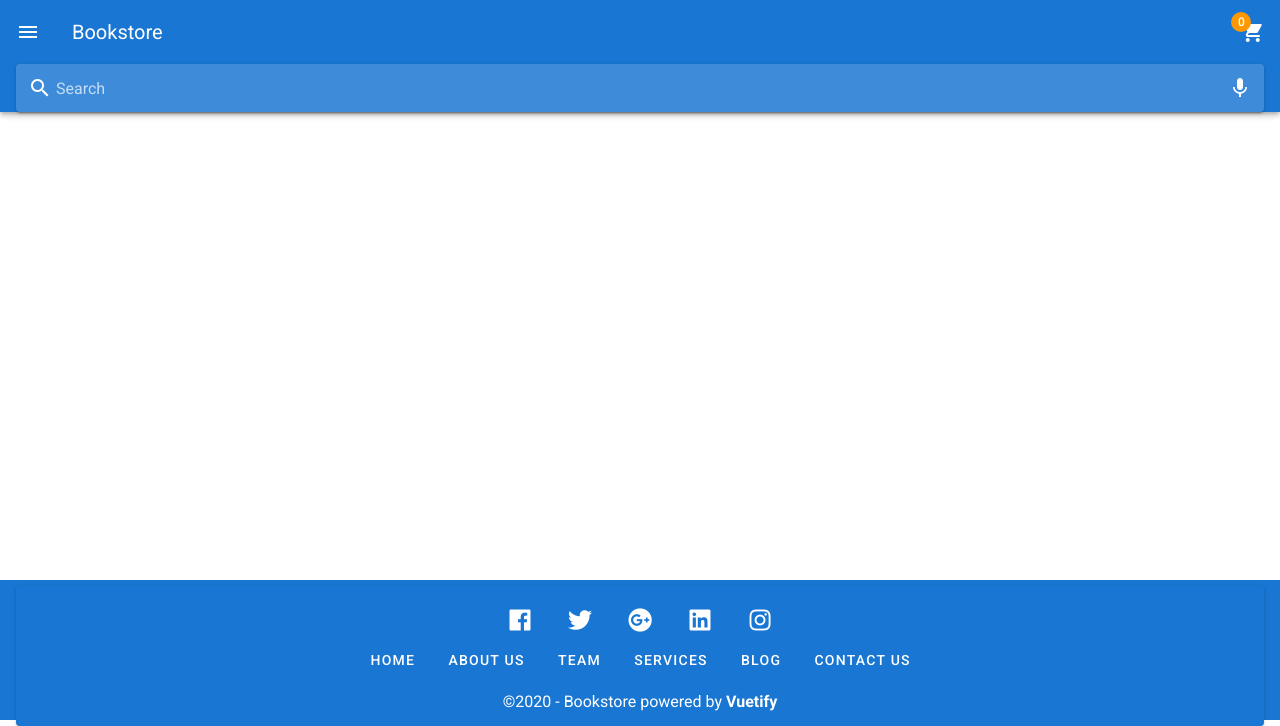
Repository: koswara0790asep/bookstore-vue
Page: /checkout
These files come from the project's save history. The page is drawn as it stood at one moment and after a run of saves; the edit follows.
The browser window is 1280 px wide. The pictures show the whole page.
Some web libraries are served in a nearby version. The project was rebuilt for these pictures with package versions that can differ from the ones it lists, and the page was loaded fresh each time. Also part of the build but not shown: vue.config.js.

Above is the page before, as saved 2021-07-26 15:11:21.

After the next 3 saves:
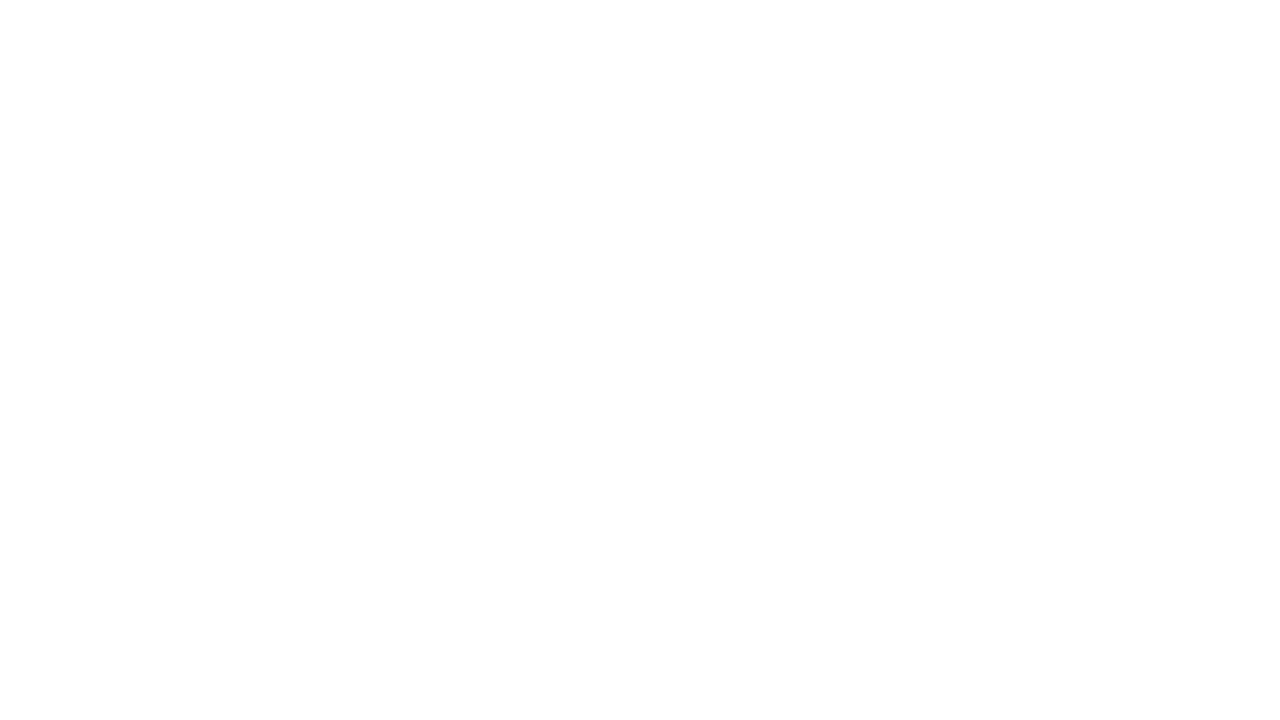
Console error: ReferenceError: prev is not defined
The 3 saves are shown as one change because they came seconds apart.
The last was saved 8 s later.
--- a/src/store/index.js
+++ b/src/store/index.js
@@ -31,6 +31,7 @@
   },
   getters: {
     sideBar: state => state.sideBar,
+    prev
   },
   modules: {
     cart,

After the 5 saves that followed:
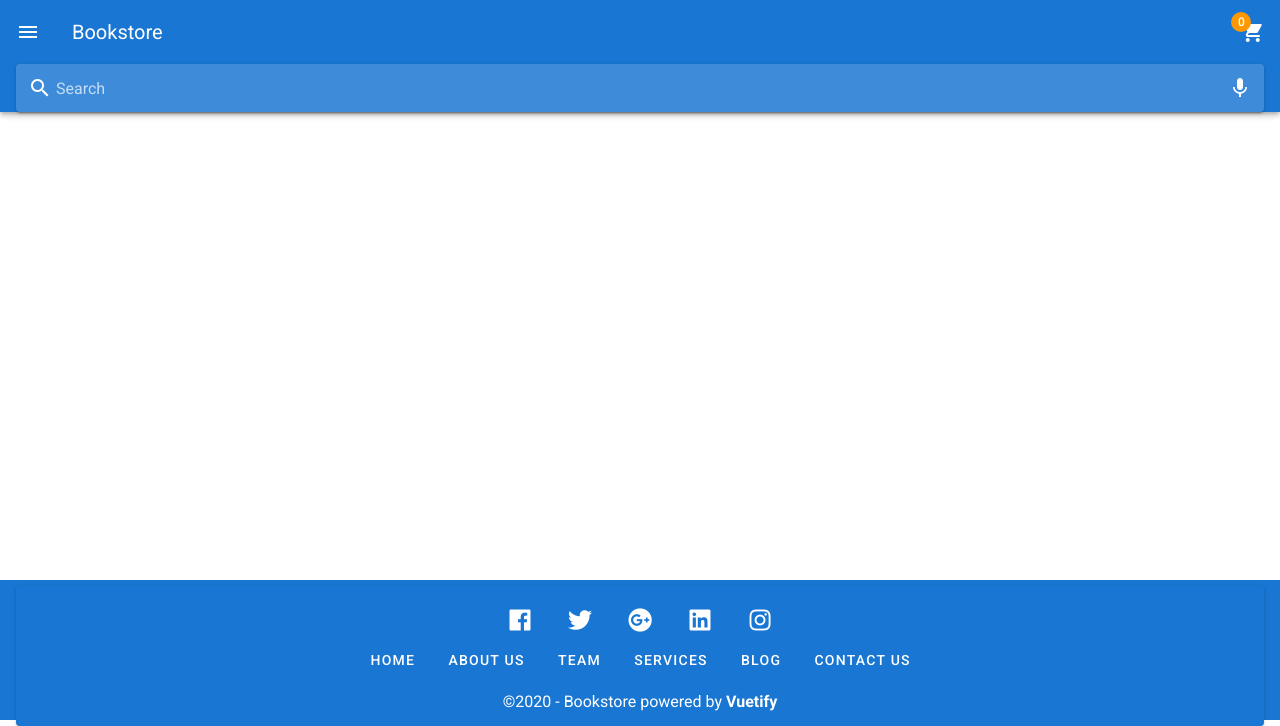
The error is gone.
The 5 saves are shown as one change because 2 left the picture as it was and some came seconds apart.
The last was saved 20 s later.
--- a/src/store/index.js
+++ b/src/store/index.js
@@ -31,7 +31,7 @@
   },
   getters: {
     sideBar: state => state.sideBar,
-    prev
+    prevUrl: state => state.prevUrl
   },
   modules: {
     cart,
